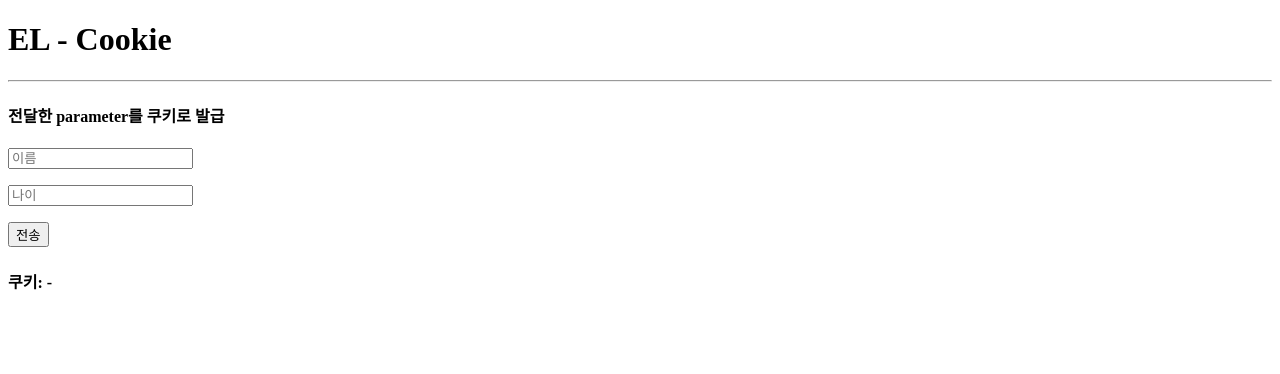
Repository: ChimmyWorld/JSP
Page: http://localhost/Day53/ex04.jsp
An editor plug-in stored every save of this project. The page is shown before and after the next save, followed by the edit.
The browser window is 1280 px wide. The pictures show the whole page.
The page is served by Tomcat 9.

Above is the page before, as saved 2023-09-22 03:54:53.

After the next save:
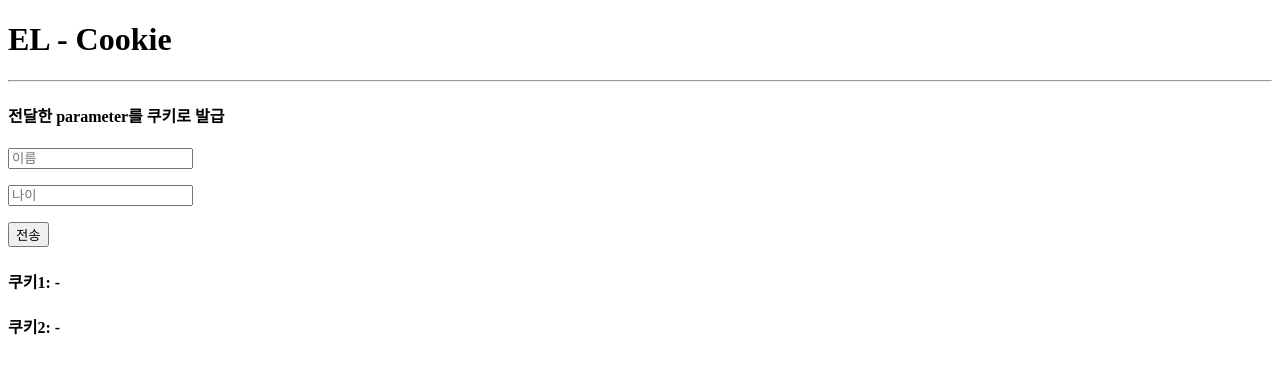
Saved 24 s later.
--- a/Day53/WebContent/ex04.jsp
+++ b/Day53/WebContent/ex04.jsp
@@ -19,7 +19,8 @@
 		<button>전송</button>
 	</form>
 
-	<h4>쿠키: ${cookie.name.name } - ${cookie.name.value }</h4>
+	<h4>쿠키1: ${cookie.name.name } - ${cookie.name.value }</h4>
+	<h4>쿠키2: ${cookie.age.name } - ${ cookie.age.value }</h4>
 	<%-- ${cookie.쿠키명.name}, ${cookie.쿠키명.value} --%>
 </body>
 </html>
